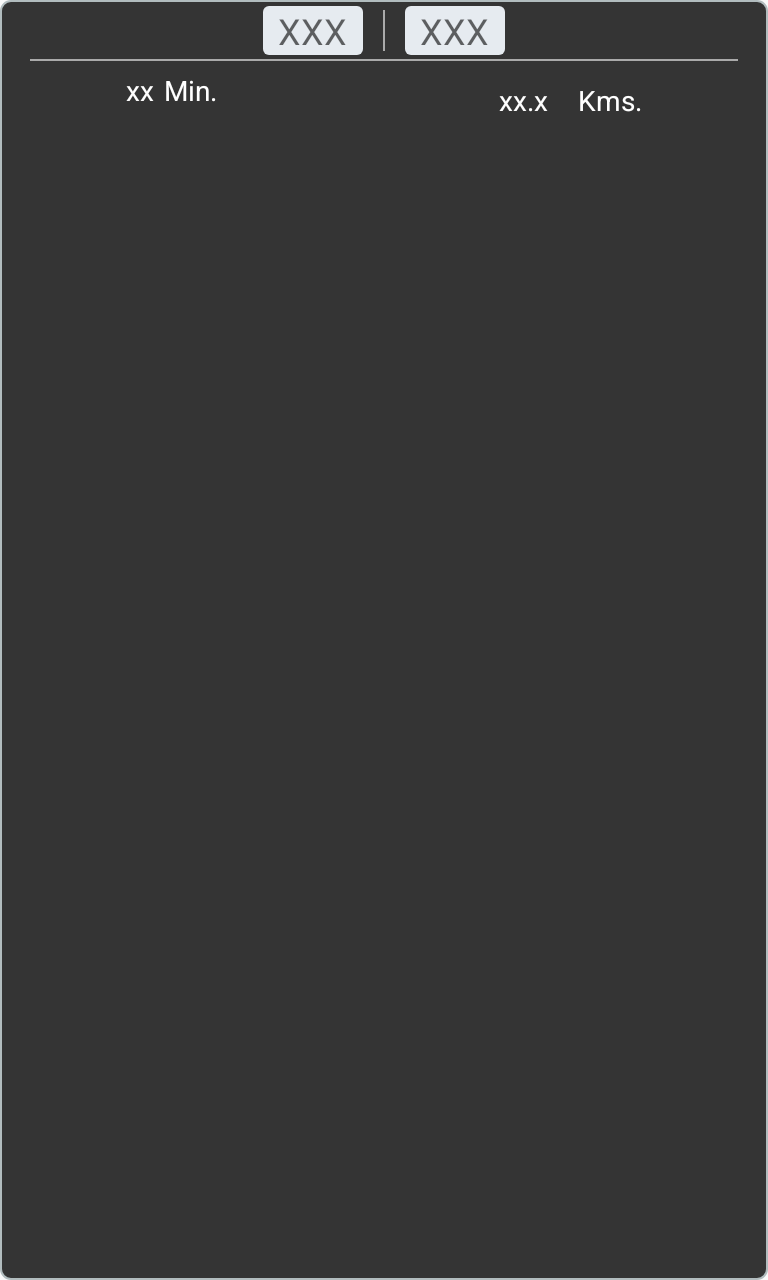
Repository: cooliopas/MyBus
Layout: MyBusAndroid/res/layout/fragment_inforoutcompound.xml
An editor plug-in stored every save of this project. The layout is shown before and after the next save, followed by the edit.
It is drawn on a 768 x 1280 px phone screen (xhdpi) without system bars, with theme AppTheme; the app's code is not run.

Above is the layout before, as saved 2014-08-31 23:44:22.

### MyBusAndroid/res/layout/fragment_inforoutcompound.xml
<?xml version="1.0" encoding="utf-8"?>
<LinearLayout xmlns:android="http://schemas.android.com/apk/res/android"
    android:id="@+id/layout_master"
    android:layout_width="fill_parent"
    android:layout_height="51dp"
    android:background="@layout/layout_bg"
    android:orientation="vertical" >

    <LinearLayout
        android:layout_width="match_parent"
        android:layout_height="wrap_content"
        android:gravity="center"
        android:paddingBottom="2dp"
        android:paddingTop="3dp" >

        <LinearLayout
            style="@style/Bg_infobus"
            android:background="@layout/litght_bg_infobus"
            android:gravity="center"
            android:paddingLeft="3dp"
            android:paddingRight="3dp" >

            <TextView
                android:id="@+id/tv_upbus1"
                android:layout_width="wrap_content"
                android:layout_height="wrap_content"
                android:text="XXX"
                android:textAppearance="?android:attr/textAppearanceMedium" />

        </LinearLayout>

        <View
            android:layout_width="1dp"
            android:layout_height="match_parent"
            android:layout_marginBottom="2dp"
            android:layout_marginLeft="10dp"
            android:layout_marginRight="10dp"
            android:layout_marginTop="2dp"
            android:background="@android:color/darker_gray" />

         <LinearLayout
             style="@style/Bg_infobus"
             android:layout_height="wrap_content"
             android:background="@layout/litght_bg_infobus"
             android:gravity="center"
             android:paddingLeft="3dp"
             android:paddingRight="3dp" >

             <TextView
                 android:id="@+id/tv_busname2"
                 android:layout_width="wrap_content"
                 android:layout_height="wrap_content"
                 android:text="XXX"
                 android:textAppearance="?android:attr/textAppearanceMedium" />

         </LinearLayout>

    </LinearLayout>

    <View
        android:layout_width="match_parent"
        android:layout_height="1dp"
        android:layout_marginLeft="15dp"
        android:layout_marginRight="15dp"
        android:background="@android:color/darker_gray" />

    <LinearLayout
        android:layout_width="match_parent"
        android:layout_height="match_parent"
        android:gravity="center" >

        <LinearLayout
            android:layout_width="wrap_content"
            android:layout_height="match_parent"
            android:layout_weight="1"
            android:gravity="center|top" >

            <TextView
                android:id="@+id/tv_time"
                android:layout_width="wrap_content"
                android:layout_height="wrap_content"
                android:text="xx"
                android:textAppearance="?android:attr/textAppearanceSmall"
                android:textColor="@color/white" />

            <TextView
                android:id="@+id/tv_timestatic"
                android:layout_width="wrap_content"
                android:layout_height="wrap_content"
                android:padding="5dp"
                android:text="@string/Minutos2"
                android:textAppearance="?android:attr/textAppearanceSmall"
                android:textColor="@color/white" />

        </LinearLayout>

        <LinearLayout
            android:layout_width="wrap_content"
            android:layout_height="match_parent"
            android:layout_weight="1"
            android:gravity="center|top" >

            <TextView
                android:id="@+id/tv_km"
                android:layout_width="wrap_content"
                android:layout_height="wrap_content"
                android:padding="10dp"
                android:text="xx.x"
                android:textAppearance="?android:attr/textAppearanceSmall"
                android:textColor="@color/white" />

            <TextView
                android:id="@+id/tv_kmstatic"
                android:layout_width="wrap_content"
                android:layout_height="wrap_content"
                android:paddingLeft="5dp"
                android:text="@string/Kms"
                android:textAppearance="?android:attr/textAppearanceSmall"
                android:textColor="@color/white" />

        </LinearLayout>
    </LinearLayout>

</LinearLayout>

### MyBusAndroid/res/values/styles.xml
<resources xmlns:android="http://schemas.android.com/apk/res/android">

    <!--
        Base application theme, dependent on API level. This theme is replaced
        by AppBaseTheme from res/values-vXX/styles.xml on newer devices.




    -->
    <style name="AppBaseTheme" parent="@style/Theme.AppCompat.Light">
        <!--
            Theme customizations available in newer API levels can go in
            res/values-vXX/styles.xml, while customizations related to
            backward-compatibility can go here.




        -->
    </style>

    <!-- Application theme. -->
    <style name="AppTheme" parent="AppBaseTheme">

        <!-- All customizations that are NOT specific to a particular API-level can go here. -->
        <item name="android:actionBarStyle">@style/MyBusActionBar</item>
        <item name="actionBarStyle">@style/MyBusActionBar</item>

   		<!-- Straight import from http://stackoverflow.com/questions/16404820/how-to-set-default-font-family-for-entire-android-app -->
   	    <!--  <item name="android:textViewStyle">@style/RobotoTextViewStyle</item>
   	    <item name="android:editTextStyle">@style/RobotoTextViewStyle</item>
	    <item name="android:buttonStyle">@style/RobotoButtonStyle</item>-->
	    <item name="android:typeface">sans</item>

    </style>

    <style name="listRow" parent="android:Widget.Holo.Light.TextView">
        <item name="android:textColor">@color/white</item>
        <item name="android:layout_width">wrap_content</item>
        <item name="android:layout_height">wrap_content</item>
    </style>

    <style name="list" parent="android:Widget.Holo.Light.TextView">
        <item name="android:background">@color/mybus_gray_light</item>
        <item name="android:layout_width">wrap_content</item>
        <item name="android:layout_height">wrap_content</item>
    </style>

    <!-- Straight import from http://stackoverflow.com/questions/16404820/how-to-set-default-font-family-for-entire-android-app -->
    <style name="RobotoTextViewStyle" parent="android:Widget.TextView">
        <item name="android:typeface">sans</item>
    </style>

    <style name="RobotoButtonStyle" parent="android:Widget.Holo.Button">
        <item name="android:fontFamily">sans-serif-light</item>
    </style>

    <!-- Straight import from http://stackoverflow.com/questions/5861661 -->
    <style name="MyBusActionBar" parent="@style/Widget.AppCompat.Light.ActionBar">
        <item name="android:background">@color/mybus_gray_dark</item>
        <item name="background">@color/mybus_gray_dark</item>
        <item name="android:titleTextStyle">@style/ActionBarTitleText</item>
        <item name="titleTextStyle">@style/ActionBarTitleText</item>
    </style>

    <style name="ActionBarTitleText" parent="@style/TextAppearance.AppCompat.Widget.ActionBar.Title">
        <item name="android:textColor">@color/white</item>
    </style>

    <style name="ActionBarSubTitleText" parent="@style/TextAppearance.AppCompat.Widget.ActionBar.Subtitle">
        <item name="android:textColor">@color/white</item>
    </style>

    <style name="DefaultWhiteText" parent="@style/AppTheme">
        <item name="android:textColor">@color/white</item>
    </style>

    <style name="ButtonDefaultStyle">
        <item name="android:background">@layout/button_bg</item>
        <item name="background">@layout/button_bg</item>
        <item name="android:layout_width">40dp</item>
        <item name="android:layout_height">40dp</item>
    </style>

    <style name="Bg_infobus">
        <item name="android:background">@layout/litght_bg_infobus</item>
        <item name="background">@layout/litght_bg_infobus</item>
        <item name="android:layout_width">50dp</item>
        <item name="android:layout_height">wrap_content</item>
    </style>

</resources>

### MyBusAndroid/res/values-v14/styles.xml
<resources>

    <!--
        Base application theme for API 14+. This theme completely replaces
        AppBaseTheme from BOTH res/values/styles.xml and
        res/values-v11/styles.xml on API 14+ devices.
    -->
    <style name="AppBaseTheme" parent="@style/Theme.AppCompat.Light">
        <!-- API 14 theme customizations can go here. -->
    </style>

</resources>

### MyBusAndroid/res/values/colors.xml
<?xml version="1.0" encoding="utf-8"?>
<resources>
    <item name="fondo_row" type="color">#f5f5f5</item>
    <item name="color_511a" type="color">#4d0302</item>
    <item name="color_511b" type="color">#4d0302</item>
    <item name="color_511ch" type="color">#4d0302</item>
    <item name="color_511f" type="color">#4d0302</item>
    <item name="color_511g" type="color">#4d0302</item>
    <item name="color_511p" type="color">#4d0302</item>
    <item name="color_511Ron" type="color">#4d0302</item>
    <item name="color_512a" type="color">#4d0302</item>
    <item name="color_512b" type="color">#4d0302</item>
    <item name="color_521" type="color">#d60405</item>
    <item name="color_522" type="color">#d60405</item>
    <item name="color_523" type="color">#d60405</item>
    <item name="color_525" type="color">#d60405</item>
    <item name="color_531" type="color">#2c800e</item>
    <item name="color_532" type="color">#2c800e</item>
    <item name="color_533" type="color">#2c800e</item>
    <item name="color_541" type="color">#d60405</item>
    <item name="color_542" type="color">#d60405</item>
    <item name="color_543" type="color">#d60405</item>
    <item name="color_551" type="color">#d60405</item>
    <item name="color_552" type="color">#d60405</item>
    <item name="color_552a" type="color">#d60405</item>
    <item name="color_553" type="color">#d60405</item>
    <item name="color_554" type="color">#d60405</item>
    <item name="color_555" type="color">#d60405</item>
    <item name="color_562" type="color">#00338e</item>
    <item name="color_563a" type="color">#00338e</item>
    <item name="color_563b" type="color">#00338e</item>
    <item name="color_571a" type="color">#f77306</item>
    <item name="color_571b" type="color">#f77306</item>
    <item name="color_573" type="color">#f77306</item>
    <item name="color_573b" type="color">#f77306</item>
    <item name="color_581" type="color">#e50000</item>
    <item name="color_591a" type="color">#2e88d6</item>
    <item name="color_591b" type="color">#2e88d6</item>
    <item name="color_593a" type="color">#2e88d6</item>
    <item name="color_593b" type="color">#2e88d6</item>
    <item name="color_717cv" type="color">#4d0302</item>
    <item name="color_717lp" type="color">#4d0302</item>
    <item name="color_717sp" type="color">#4d0302</item>
    <item name="color_720" type="color">#01755e</item>
    <item name="origin_blue" type="color">#008ed8</item>
    <item name="dest_purple" type="color">#d80056</item>
    <item name="white" type="color">#FFFFFF</item>
    <item name="black" type="color">#000000</item>
    <item name="mybus_gray_dark" type="color">#343434</item>
    <item name="mybus_gray_light" type="color">#6b6b6b</item>
  	<item name="background_base_window" type="color">#eeeeee</item>
  	<item name="pure_white" type="color">#ffffff</item>
  	<item name="naranja1" type="color">#D7AD00</item>
  	<item name="light_gray" type="color">#b7bbbf</item>
  	<item name="splash_silver" type="color">#f2f2f3</item>


</resources>

### MyBusAndroid/res/layout/layout_bg.xml
<?xml version="1.0" encoding="utf-8"?>
<shape xmlns:android="http://schemas.android.com/apk/res/android">
    <solid android:color="@color/mybus_gray_dark"/>
    <stroke android:width="1dip" android:color="#B1BCBE" />
    <corners android:radius="5dip"/>
    <padding android:left="0dip" android:top="0dip" android:right="0dip" android:bottom="0dip" />
</shape>

### MyBusAndroid/res/layout/litght_bg_infobus.xml
<?xml version="1.0" encoding="utf-8"?>
<shape xmlns:android="http://schemas.android.com/apk/res/android">
    <solid android:color="#E6EBF0"/>
    <stroke android:width="0dip" android:color="#B1BCBE" />
    <corners android:radius="3dip"/>
    <padding android:left="0dip" android:top="0dip" android:right="0dip" android:bottom="0dip" />
</shape>

### MyBusAndroid/res/values/strings.xml
<?xml version="1.0" encoding="utf-8"?>
<resources>

    <string-array name="navigation_drawer_items_array">
        <item>Lugares favoritos</item>
        <item>Puntos de carga cercanos</item>
        <item>Tarifas</item>
        <item>Recorridos</item>
        <item>Configuración</item>
    </string-array>

    <string name="app_name">MyBus</string>
    <string name="action_settings">Settings</string>
    <string name="title_section1">Section 1</string>
    <string name="title_section2">Section 2</string>
    <string name="title_section3">Section 3</string>
    <string name="closest_recharge_points">Puntos de recarga cercanos</string>
    <string name="confirm">Confirmar</string>
    <string name="deletion_confirmation">¿Quiere borrar esta ubicación?</string>
    <string name="favorites_list_purge">Vaciar lista</string>
    <string name="btn_show_on_map">Mostrar en mapa</string>
    <string name="label_check_favorites">Mostrar favoritos en el mapa</string>
    <string name="label_check_stations">Mostrar puntos de carga en el mapa</string>
    <string name="reselect_message">¿Desea reseleccionar el punto?</string>
    <string name="Select">Seleccionar</string>
    <string name="Origin">Origen</string>
    <string name="Destination">Destino</string>
    <string name="Destinationlocation">Ubicación de destino</string>
    <string name="Originlocation">Ubicación de origen</string>
    <string name="Favorites">Favoritos</string>
    <string name="MarkerOptions">Opciones del Marcador</string>
    <string name="Buses">Colectivos</string>
    <string name="action_bar_show_map">Mostrar mapa</string>
    <string name="FavName">Nombre del favorito</string>
    <string name="Time">Tiempo</string>
    <string name="Km">Km.</string>
    <string name="Distance">Dist.</string>
    <string name="Caminar">Caminar</string>
    <string name="HaciaParada">hacia</string>
    <string name="Tomar">Tomar </string>
    <string name="Descender">Descender en</string>
    <string name="InfoRecorrido">Informacion de Recorrido</string>
    <string name="CargandoRuta">"Cargando ruta..."</string>
    <string name="NoResults">No se encontraron resultados para esta búsqueda</string>
    <string name="warning_trash_favorites">¿Realmente desea vaciar la lista de favoritos?</string>
    <string name="CaminarHasta">Caminar hasta</string>
	<string name="MiPosicionActual">Mi posición actual</string>
	<string name="Yo">Yo</string>
	<string name="PuntoFueraDeRango">Este punto está fuera de rango</string>
	<string name="Minutos">Minutos</string>
	<string name="Kms">Kms.</string>
	<string name="Minutos2">Min.</string>
	<string name="recharge_point_schedule">"Horario: "</string>
	<string name="mode_recharge_stations">Modo de mapa: puntos de recarga</string>
	<string name="recharge_stations">Puntos de recarga</string>
	<string name="map_failure_warning">No se puede crear el mapa</string>
	<string name="marker_loading">Buscando Ubicación...</string>
	<string name="server_connection_failure_notice">No se puede conectar con el servidor</string>
	<string name="queried_address_failure">No hay resultados para el domicilio solicitado</string>
	<string name="bus_stop">Parada</string>
	<string name="bus_line">"Línea "</string>
	<string name="line_start">(principio)</string>
	<string name="line_end">(fin)</string>
	<string name="favorites_list_empty">No has creado ubicaciones favoritas aún.</string>
	<string name="correct_value_origin">Ingrese un valor correcto para el origen o toque el mapa</string>
	<string name="correct_value_destination">Ingrese un valor correcto para el destino o toque el mapa</string>
    <string name="org_dest_must_completed">Los puntos de origen y destino deben estar ingresados</string>
    <string name="new_favorite_added">Nuevo favorito agregado</string>
    <string name="char_min">El nombre debe tener como minimo 3 caracteres</string>
    <string name="complete_markers">Deben estar ingresados el origen y el destino para el intercambio</string>
    <string name="switch_complete">Intercambio realizado</string>
    <string name="IngreseOrigen">"Ingrese dirección origen"</string>
    <string name="IngreseDestino">"Ingrese dirección destino"</string>
    <string name="BuscandoDireccion">Buscando Direccion...</string>
</resources>

Loaded but not shown: MyBusAndroid/res/values-v11/styles.xml (common file)

After the next save:
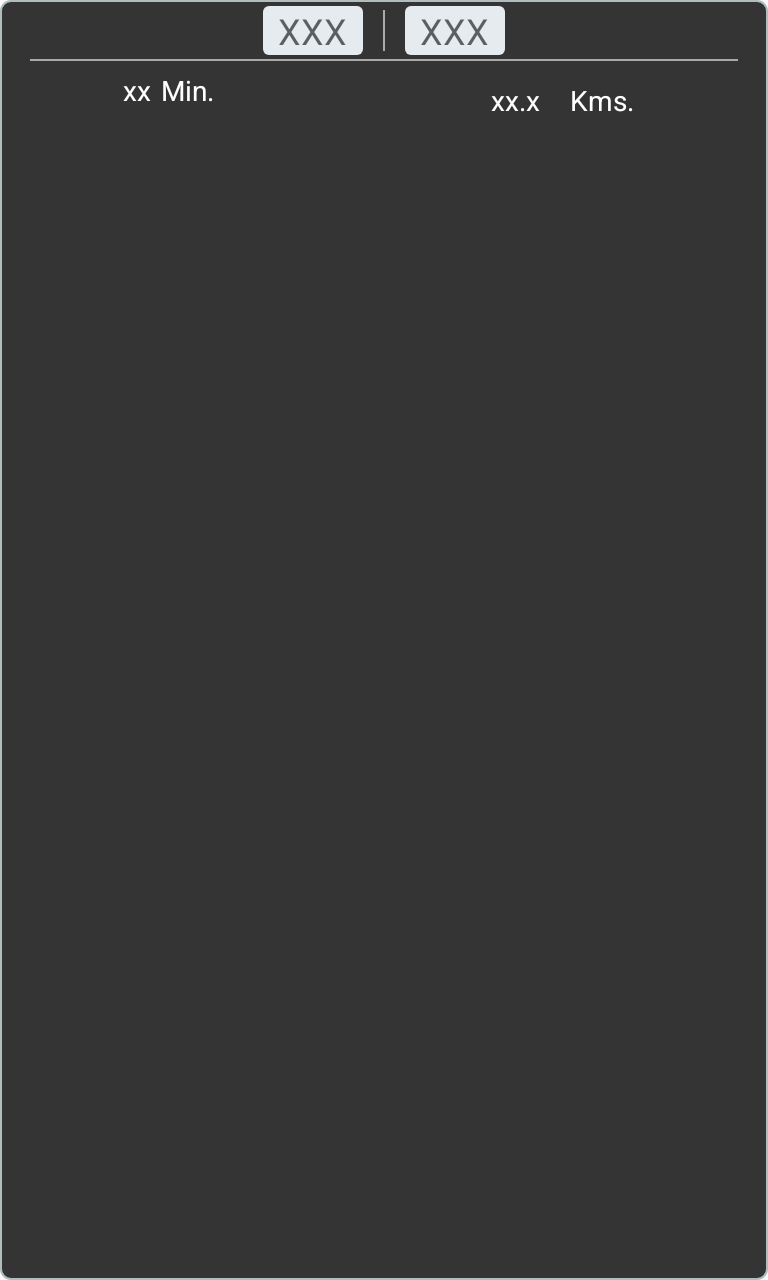
Saved 6 s later.
--- a/MyBusAndroid/res/layout/fragment_inforoutcompound.xml
+++ b/MyBusAndroid/res/layout/fragment_inforoutcompound.xml
@@ -113,7 +113,7 @@
                 android:id="@+id/tv_kmstatic"
                 android:layout_width="wrap_content"
                 android:layout_height="wrap_content"
-                android:paddingLeft="5dp"
+                android:padding="5dp"
                 android:text="@string/Kms"
                 android:textAppearance="?android:attr/textAppearanceSmall"
                 android:textColor="@color/white" />
